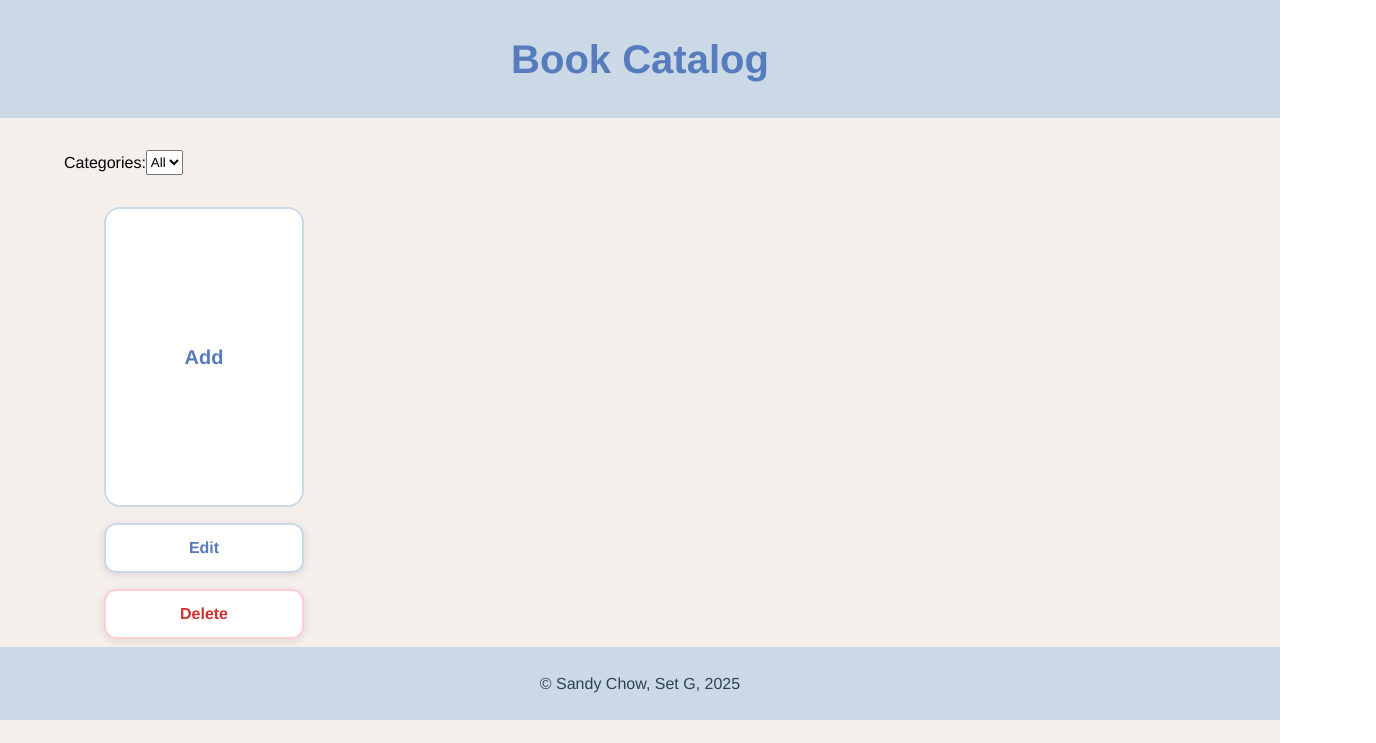
Repository: Bcit-sandy/COMP3170_Lab7
Page: /
The author's editor kept a copy of each file at every save. The page is drawn from the files as they stood at one save, then again after the next save.
The browser window is 1280 px wide. The page is 1376 px wide, then 1344 px, so the pictures cover 1376 px, including what lies to the right of the window. The pictures show the whole page.
The project was rebuilt for these pictures with package versions that can differ from the ones it lists, and the page was loaded fresh each time. Also part of the build but not shown: vite.config.js, src/components/Info.jsx, src/components/Book.jsx.

Above is the page before, as saved 2025-10-25 23:47:38.

### index.html
<!doctype html>
<html lang="en">
  <head>
    <meta charset="UTF-8" />
    <link rel="icon" type="image/svg+xml" href="/vite.svg" />
    <meta name="viewport" content="width=device-width, initial-scale=1.0" />
    <title>Book Catalog App</title>
  </head>
  <body>
    <div id="root"></div>
    <script type="module" src="/src/main.jsx"></script>
  </body>
</html>

### src/main.jsx
import { StrictMode } from 'react';
import { createRoot } from 'react-dom/client';
import './index.css';
import './components/Modal/Modal.css';
import App from './App.jsx';

createRoot(document.getElementById('root')).render(
  <StrictMode>
    <App />
  </StrictMode>,
)

### src/index.css
:root {
  --light-blue-color: #CBD9E6;
  --blue-color: #567cbd;
  --beige-color: #f5efeb;
  --dark-blue-color: #2f4156;
  --white-color: #ffffff;
}

*{
  font-family: Helvetica, sans-serif
}

body {
  margin: 0;
  padding: 0;
  line-height: 1.6;
}

.app-header {
  background-color: var(--light-blue-color);
  min-height: 12vh;
  display: flex;
  flex-direction: column;
  align-items: center;
  justify-content: center;
}

.app-name {
  font-size: 2.5rem;
  color: var(--blue-color);
}

.app-main {
  background: var(--beige-color);
  width: 100%;
  min-height: 70vh;
  display: flex;
  flex-direction: column;
  align-items: center;
  justify-content: center;
  padding: 2rem 0;
  flex-wrap: wrap;
}

.app-main-content {
  background: var(--white-color);
  min-height: 10vh;
  width: 100%;
  display: flex;
  flex-direction: column;
  align-items: center;
  justify-content: center;
  padding: 2rem;
  border-radius: 12px;
  margin: 1rem;
  max-width: 1000px;
  flex-wrap: wrap;
}

.learn-more {
  color: var(--blue-color);
  text-decoration: none;
  transition: all 0.3s ease;
}

.learn-more:hover {
  color: var(--dark-blue-color);
  text-decoration: underline;
}

.app-main-content-text {
  font-size: 16px;
  color: var(--dark-blue-color);
  font-weight: 400;
  text-align: center;
  max-width: 600px;
  line-height: 1.7;
}

.add-button {
  background: var(--white-color);
  color: var(--blue-color);
  border: 2px solid var(--light-blue-color);
  border-radius: 16px;
  width: 200px;
  height: 300px;
  display: flex;
  align-items: center;
  justify-content: center;
  cursor: pointer;
  transition: all 0.3s ease;
  font-size: 1.25rem;
  font-weight: 600;
  box-shadow: 0 4px 12px var(--shadow-light);
  position: relative;
  overflow: hidden;

}

.add-button:hover {
  background-color: var(--blue-color);
  color: var(--white-color);
  box-shadow: 0 4px 15px rgba(0, 0, 0, 0.2);
  transform: translateY(-2px);
}

/* Update and Delete Button Styles */
.update-button,
.delete-button {
  background: var(--white-color);
  color: var(--blue-color);
  border: 2px solid var(--light-blue-color);
  border-radius: 12px;
  width: 200px;
  height: 50px;
  display: flex;
  align-items: center;
  justify-content: center;
  cursor: pointer;
  transition: all 0.3s ease;
  font-size: 1rem;
  font-weight: 600;
  box-shadow: 0 2px 8px rgba(0, 0, 0, 0.1);
  position: relative;
  overflow: hidden;
}

.update-button:hover {
  background-color: var(--blue-color);
  color: var(--white-color);
  border-color: var(--blue-color);
  box-shadow: 0 4px 12px rgba(86, 124, 189, 0.3);
  transform: translateY(-2px);
}

.delete-button {
  background: var(--white-color);
  color: #d32f2f;
  border: 2px solid #ffcdd2;
}

.delete-button:hover {
  background-color: #d32f2f;
  color: var(--white-color);
  border-color: #d32f2f;
  box-shadow: 0 4px 12px rgba(211, 47, 47, 0.3);
  transform: translateY(-2px);
}

.update-button:active,
.delete-button:active {
  transform: translateY(0);
  box-shadow: 0 2px 6px rgba(0, 0, 0, 0.2);
}

.app-content-container {
  display: grid;
  grid-template-columns: 200px 1fr;
  gap: 2rem;
  margin: 2rem auto;
  width: 100%;
  max-width: 1200px;
  padding: 0 1rem;
  margin-bottom: 10vh;
  align-items: start;
  justify-items: start;
  justify-content: center;
}

.add-button-column {
  grid-column: 1;
  grid-row: 1/ -1;
  display: flex;
  flex-direction: column;
  justify-content: center;
  align-items: center;
  gap: 1rem;
}

.button-group {
  display: flex;
  flex-direction: column;
  gap: 1rem;
  align-items: center;
  width: 100%;
}

.books-grid {
  grid-column: 2;
  display: grid;
  grid-template-columns: repeat(auto-fill, minmax(180px, 1fr));
  gap: 2rem;
  width: 100%;
  align-items: start;
  justify-items: start;
}

/* Responsive design --- smaller screens */
@media (max-width: 768px) {
  .app-main-content {
    width: 80%;
  }

  .app-content-container {
    grid-template-columns: auto;
    gap: 1rem;
  }

  .add-button-column {
    grid-row: 1/ -1;
    margin-bottom: 2rem;
  }

  .books-grid {
    grid-template-columns: repeat(auto-fill, minmax(180px, 1fr));
    gap: 2rem;
  }

  .add-button,
  .update-button,
  .delete-button {
    width: 150px;
    height: 45px;
    font-size: 0.9rem;
  }

  .add-button {
    height: 200px;
  }
}

.book-container {
  width: 200px;
  height: 300px;
  display: flex;
  flex-direction: column;
  align-items: center;
  border: none;
  background: var(--white-color);
  border-radius: 12px;
  transition: all 0.3s ease;
  overflow: hidden;
  justify-self: start;
  align-self: start;
}

.book-container:hover {
  transform: translateY(-4px);
  box-shadow: 0 8px 20px rgba(0, 0, 0, 0.15);
}

.book-container {
  cursor: pointer;
  position: relative;
}

.book-selected {
  border: 3px solid var(--blue-color) !important;
  background: var(--light-blue-color) !important;
  transform: translateY(-2px);
  box-shadow: 0 6px 16px var(--dark-blue-color) 50%;
}

.remove-button {
  position: absolute;
  top: 8px;
  right: 8px;
  background: var(--dark-blue-color);
  color: var(--white-color);
  border: none;
  border-radius: 50%;
  width: 25px;
  height: 25px;
  display: flex;
  align-items: center;
  justify-content: center;
  font-size: 16px;
  font-weight: bold;
  cursor: pointer;
  opacity: 0;
  transition: opacity 0.2s ease, background 0.2s ease;
  z-index: 2;
}

.book-container:hover .remove-button {
  opacity: 1;
}

.remove-button:hover {
  background: #d32f2f;
  transform: scale(1.1);
}

.book-cover {
  width: 100%;
  height: 100%;
  position: relative;
  overflow: hidden;
}

.book-cover-image {
  width: 100%;
  height: 100%;
  object-fit: cover;
  transition: transform 0.3s ease;
}

.book-container:hover .book-cover-image {
  transform: scale(1.05);
}

.book-price {
  font-size: 16px;
  background: var(--white-color);
  color: var(--dark-blue-color);
  margin: 0;
  width: 100%;
  height: 10px;
  font-weight: bold;
  text-align: center;
  padding: 0.75rem 0.5rem;
  display: flex;
  align-items: center;
  justify-content: center;
  border-top: 1px solid var(--light-blue-color);
}


.info-container {
  width: 100%;
  height: 50px;
  display: flex;
  align-items: center;
  justify-content: center;
  background: var(--light-blue-color);
  border-top: 1px solid var(--light-blue-color);
}

.info-link {
  font-size: 14px;
  color: var(--blue-color);
  background-color: var(--light-blue-color);
  width: 100%;
  height: 100%;
  font-weight: bold;
  text-decoration: none;
  cursor: pointer;
  transition: all 0.3s ease;
  display: flex;
  align-items: center;
  justify-content: center;
  border-radius: 0 0 12px 12px;
}

.info-link:hover {
  color: var(--dark-blue-color);
  text-decoration: underline;
  font-size: 16px;
}

.app-footer {
  background-color: var(--light-blue-color);
  color: var(--dark-blue-color);
  width: 100%;
  height: 10vh;
  display: flex;
  align-items: center;
  justify-content: center;
  position: fixed;
  bottom: 0;
  left: 0;
  border-top: 1px solid var(--light-blue-color);
  font-weight: 500;
  font-size: 16px;
}

### src/components/Modal/Modal.css
/* Modal dialog base */
dialog {
  border: none;
  border-radius: 16px;
  padding: 3rem;
  width: 100vw;
  max-width:400px;
  background: var(--white-color);
  box-shadow: 0 12px 40px rgba(0, 0, 0, 0.25);
}

/* Backdrop */
dialog::backdrop {
  background: rgba(47, 65, 86, 0.15);
  backdrop-filter: blur(2px);
}

/* Heading */
.new-book-form h2,
.form-container h2 {
  margin: 0 0 1rem 0;
  color: var(--blue-color);
  font-size: 1.5rem;
}

/* Form layout */
.new-book-form,
.form-container form {
  display: flex;
  flex-direction: column;
  gap: 1rem;
}

.new-book-form label,
.form-container .form-control label {
  color: var(--dark-blue-color);
  font-weight: bold;
  margin-bottom: 0.5rem;
}

.new-book-form input,
.form-container .form-control input {
    align-items: center;
    height: 1rem;
    font-size: 1rem;
    width: 100%;
    padding: 0.5rem;
    border: 2px solid var(--light-blue-color);
    border-radius: 10px;
}


/* Button style */
.button-primary,
.btn.primary {
  background: var(--blue-color);
  color: var(--white-color);
  border: 1px solid var(--blue-color);
  border-radius: 10px;
  padding: 0.5rem;
  width:50%;
  font-weight: bold;
  cursor: pointer;
}

.button-primary:hover,
.btn.primary:hover {
  background: var(--dark-blue-color);
}

.button-secondary {
  background: var(--white-color);
  color: var(--blue-color);
  border: 2px solid var(--light-blue-color);
  border-radius: 10px;
  padding: 0.5rem 0.9rem;
  font-weight: bold;
  cursor: pointer;
}

.button-secondary:hover {
  background: var(--blue-color);
  color: var(--white-color);
}

.form-container .form-control {
  display: flex;
  flex-direction: column;
}

/* Small screens */
@media (max-width: 480px) {
  dialog {
    width: 95vw;
    padding: 1.25rem;
  }
}

### src/App.jsx
import { useState } from "react";
import Book from "./components/Book";
import Add from "./components/New";
import Main from "./components/Main";
import data from "../data/books.json";
import Filter from "./components/Filter/Filter";

function App() {
  const [books, setBooks] = useState(data);
  const [selectedBook, setSelectedBook] = useState(null);

  function getBooks(bookData) {
    const isSelected = selectedBook && (selectedBook.isbn13 || selectedBook.title) === (bookData.isbn13 || bookData.title);
    return (
      <Book
        key={bookData.isbn13 || bookData.title}
        data={bookData}
        onSelect={handleBookSelection}
        isSelected={isSelected}
      />
    );
  }

  function handleBookSelection(book) {
    // If clicking the same book that's already selected, unselect it
    if (selectedBook && (selectedBook.isbn13 || selectedBook.title) === (book.isbn13 || book.title)) {
      setSelectedBook(null);
    } else {
      // Otherwise, select the clicked book
      setSelectedBook(book);
    }
  }

  function handleUpdateBook(updatedBook) {
    setBooks(prevBooks =>
      prevBooks.map(book =>
        (book.isbn13 || book.title) === (updatedBook.isbn13 || updatedBook.title)
          ? updatedBook
          : book
      )
    );
    setSelectedBook(updatedBook);
  }

  function handleDeleteBook() {
    if (selectedBook) {
      setBooks(prevBooks => prevBooks.filter(book =>
          (book.isbn13 || book.title) !== (selectedBook.isbn13 || selectedBook.title)
        ));
        setSelectedBook(null);
    } else {
      alert("Please select a book to delete");
    }
  }

  function handleAddBook(newBook) {
    setBooks(prevBooks => [...prevBooks, newBook]);
  }

  const categories = [...new Set(books.map(book => book.category))];

  return (
    <div>
      <header className="app-header">
       <h1 className="app-name">Book Catalog</h1>
      </header>

      <main className="app-main">
        <Filter categories={categories} />
        <div className="app-content-container">
          <div className="add-button-column">
            <Add
              onDelete={handleDeleteBook}
              onAddBook={handleAddBook}
              book={selectedBook}
              update={handleUpdateBook}
            />
          </div>
          <Main>
            {books.map(getBooks)}
          </Main>
        </div>
      </main>

      <footer className="app-footer">
        <p>&copy; Sandy Chow, Set G, 2025</p>
      </footer>
    </div>

  )
}

export default App;

### src/components/New.jsx
import Modal from "./Modal/Modal";
import BookForm from "./Bookform";

function Add ({ onDelete, onAddBook, book, update }) {
  return (
    <div className="button-group">
      <Modal btnLabel="Add" btnClassName="add-button">
        <BookForm onAddBook={onAddBook} />
      </Modal>

      <Modal btnLabel="Edit" btnClassName="update-button">
        <BookForm book={book} add={update} onAddBook={onAddBook}/>
      </Modal>

      <button
        className="delete-button"
        onClick={onDelete}
        title="Delete selected book"
      >
        Delete
      </button>
    </div>
  )
}

export default Add

### src/components/Main.jsx
export default function Main({children}) {
    return (
        <main className="books-grid">
            {children}
        </main>
    );
}

### data/books.json
    [
]

### src/components/Filter/Filter.jsx
import "./Filter.css";
import { useState } from "react";
function Filter({ categories = [] }) {
    const [filter, setFilter] = useState('');
    return (
        <div className="filter-container">
            Categories:
            <select
                value={filter}
                onChange={(e) => setFilter(e.target.value)}>
                <option value=''>All</option>
                {[...categories].map((category) => (
                    <option value={category}>{category}</option>
                ))}
            </select>
        </div>
    );
}

export default Filter;

### src/components/Modal/Modal.jsx
import { useRef } from 'react';

function Modal({ btnLabel, btnClassName, children }) {

    const modalRef = useRef();

    function openModal() {
        modalRef.current.showModal();
    }

    function closeModal() {
        modalRef.current.close();
    }

    return (
        <>
            <button onClick={openModal} className={btnClassName}>{btnLabel}</button>
            <dialog ref={modalRef}>
                {children}
            </dialog>
        </>
    );

}

export default Modal;

### src/components/Bookform.jsx
import { useState } from "react";
import { nanoid } from "nanoid";

function BookForm({book, add, onAddBook}) {
    const [formData, setFormData] = useState({
        title: book?.title || '',
        author: book?.author || '',
        publisher: book?.publisher || '',
        year: book?.year || '',
        language: book?.language || '',
        pages: book?.pages || '',
        image: book?.image || ''
    });

    function handleChange(e) {
        const { name, value } = e.target;
        setFormData(prev => ({
            ...prev,
            [name]: value
        }));
    }

    function handleSubmit(e) {
        e.preventDefault();

        if (book) {
            // Edit mode - update existing book
            const updatedBook = {
                ...book,
                title: formData.title,
                author: formData.author,
                publisher: formData.publisher,
                year: formData.year,
                language: formData.language,
                pages: formData.pages,
                image: formData.image
            };
            add(updatedBook);
        } else {
            // Add mode - create new book
            const newBook = {
                title: formData.title,
                author: formData.author,
                publisher: formData.publisher,
                year: formData.year,
                language: formData.language,
                pages: formData.pages,
                image: formData.image,
                url: '#',
                isbn13: nanoid(),
                selected: false
            };
            if (onAddBook) {
                onAddBook(newBook);
            }
        }

        // Close modal
        const modal = document.querySelector('dialog[open]');
        if (modal) {
            modal.close();
        }

        // Reset form
        setFormData({
            title: '',
            author: '',
            publisher: '',
            year: '',
            language: '',
            pages: '',
            image: ''
        });
    }

    return (
        <div className="form-container">
            <h2> {book ? 'Edit book' : 'Add a new book'} </h2>
            <form onSubmit={handleSubmit}>
                <div className="form-control">
                    <label htmlFor="title"> Title </label>
                    <input
                        type="text"
                        name="title"
                        placeholder="Title..."
                        value={formData.title}
                        onChange={handleChange}
                    />
                </div>

                <div className="form-control">
                    <label htmlFor="author"> Author </label>
                    <input
                        type="text"
                        name="author"
                        placeholder="Author..."
                        value={formData.author}
                        onChange={handleChange}
                    />
                </div>

                <div className="form-control">
                     <label htmlFor="publisher"> Publisher </label>
                    <input
                        type="text"
                        name="publisher"
                        placeholder="Publisher..."
                        value={formData.publisher}
                        onChange={handleChange}
                    />
                </div>

                <div className="form-control">
                     <label htmlFor="year"> Publication Year </label>
                    <input
                        type="number"
                        name="year"
                        placeholder="Publication Year..."
                        value={formData.year}
                        onChange={handleChange}
                        min="1000"
                        max="2025"
                    />
                </div>

                <div className="form-control">
                     <label htmlFor="language"> Language </label>
                    <input
                        type="text"
                        name="language"
                        placeholder="Language..."
                        value={formData.language}
                        onChange={handleChange}
                    />
                </div>

                <div className="form-control">
                     <label htmlFor="pages"> Pages </label>
                    <input
                        type="number"
                        name="pages"
                        placeholder="Pages..."
                        value={formData.pages}
                        onChange={handleChange}
                        min="1"
                    />
                </div>

                <div className="form-control">
                     <label htmlFor="image"> Image URL </label>
                    <input
                        type="url"
                        name="image"
                        placeholder="https://..."
                        value={formData.image}
                        onChange={handleChange}
                    />
                </div>

                <button className="btn primary" type="submit">
                    {book ? 'Update' : 'Submit'}
                </button>
            </form>
        </div>
    );
}

export default BookForm;

### src/components/Filter/Filter.css
.filter-container {
    display: flex;
    flex-direction: row;
    align-items: left;
    justify-content: left;
    padding: 0 2rem;
    margin: 0 2rem;
    border-radius: 12px;
    width: 100%;
    height: auto;
}

After the next save:
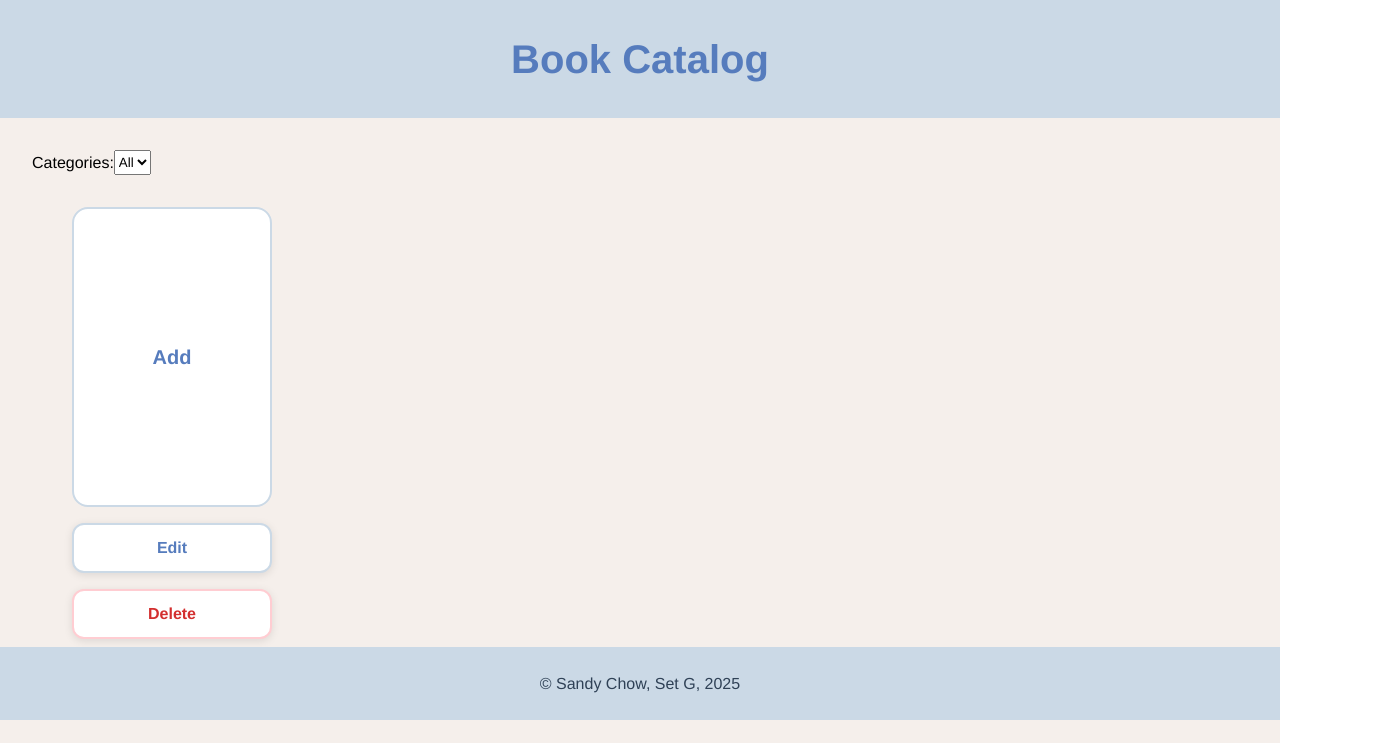
Saved 13 s later.
--- a/src/components/Filter/Filter.css
+++ b/src/components/Filter/Filter.css
@@ -4,7 +4,6 @@
     align-items: left;
     justify-content: left;
     padding: 0 2rem;
-    margin: 0 2rem;
     border-radius: 12px;
     width: 100%;
     height: auto;
